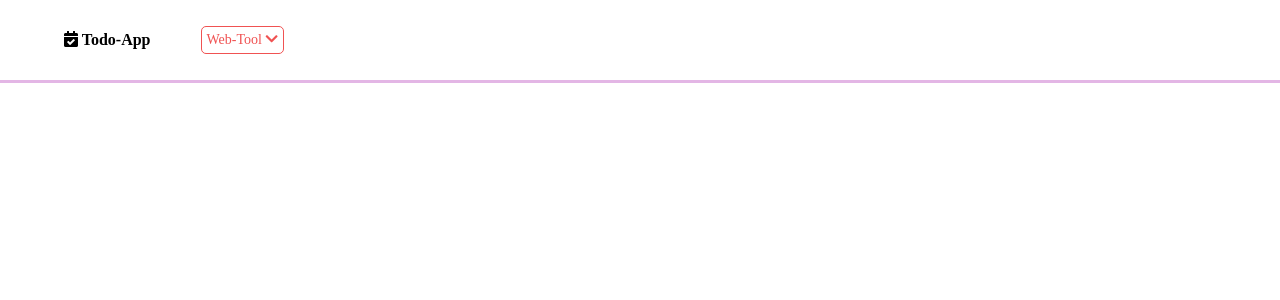
Repository: Hiroshii-m/todo_vue
Page: index.html
An editor plug-in stored every save of this project. The page is shown before and after the next save, followed by the edit.
The browser window is 1280 px wide. The pictures show the whole page.
The style sheet was rebuilt from its Sass, Less or Tailwind sources for each picture, by a compiler version that may differ from the author's.

Above is the page before, as saved 2021-06-26 17:34:15.

After the next save:
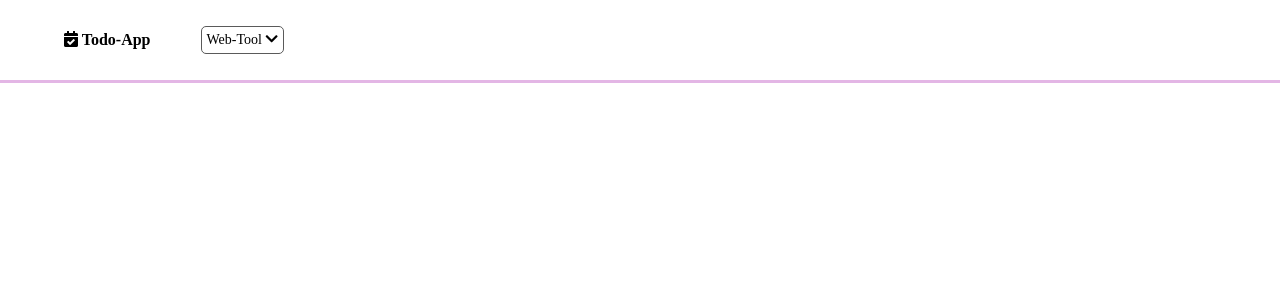
Saved 15 s later.
--- a/src/scss/style.scss
+++ b/src/scss/style.scss
@@ -28,9 +28,8 @@
     &__other {
         font-size: var(--font-size_m);
         padding: var(--space_s);
-        border: 1.5px solid var(--color_red);
+        border: 1.5px solid var(--font-color_default);
         border-radius: 5px;
-        color: var(--color_red);
     }
 }
 // Project
